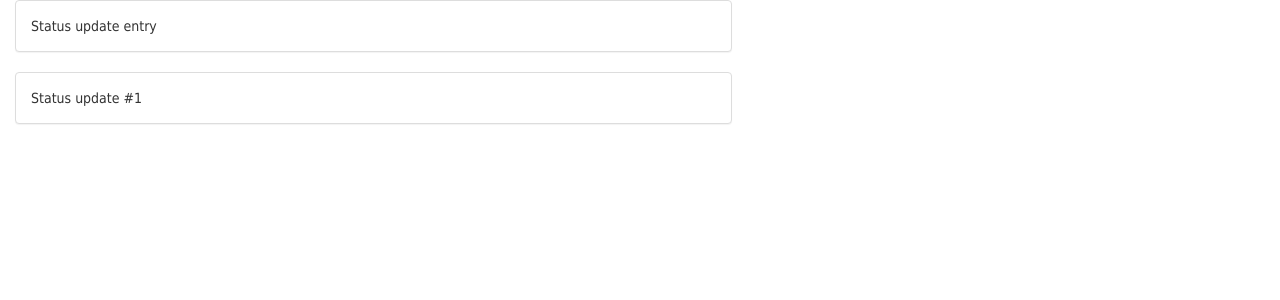
Repository: harshagithub19/news_feed
Page: fbapp3/src/main/webapp/statuscheck.html
An editor plug-in stored every save of this project. The page is shown before and after the next save, followed by the edit.
The browser window is 1280 px wide. The pictures show the whole page.
Some web fonts or font styles are not loaded; a fallback is used. Some web libraries are served in a nearby version.

Above is the page before, as saved 2017-03-02 04:24:09.

### fbapp3/src/main/webapp/statuscheck.html
<!DOCTYPE html>
<html>
<head>
<meta charset="UTF-8">
<meta http-equiv="Content-Type" content="text/html; charset=ISO-8859-1">


<script src="https://ajax.googleapis.com/ajax/libs/jquery/3.1.1/jquery.min.js"></script>
<script src="https://ajax.googleapis.com/ajax/libs/jquery/3.1.1/jquery.ui.min.js"></script>
<script src="https://maxcdn.bootstrapcdn.com/bootstrap/3.3.7/js/bootstrap.min.js"></script>
<script type="text/javascript" src="http://cdn.jsdelivr.net/jquery.cookie/1.3.1/jquery.cookie.js"></script>
<link href="bootstrap/css/bootstrap.css" rel="stylesheet" />
<link href="assets/css/bootstrap-united.css" rel="stylesheet" />



<style type="text/css">
</style>
<title>Insert title here</title>
</head>
<body>


<!-- Main feed: A cell that spans 7 columns -->
<div class="col-md-7">
  <!-- Status update entry -->
  <div class="panel panel-default">
    <div class="panel-body">
      Status update entry
    </div>
  </div>
  <!-- Status update #1 -->
  <div class="panel panel-default">
    <div class="panel-body">
      Status update #1
    </div>
  </div>
</div>





</body>
</html>

Loaded but not shown: fbapp3/src/main/webapp/bootstrap/css/bootstrap.css (library); fbapp3/src/main/webapp/assets/css/bootstrap-united.css (library)

After the next save:
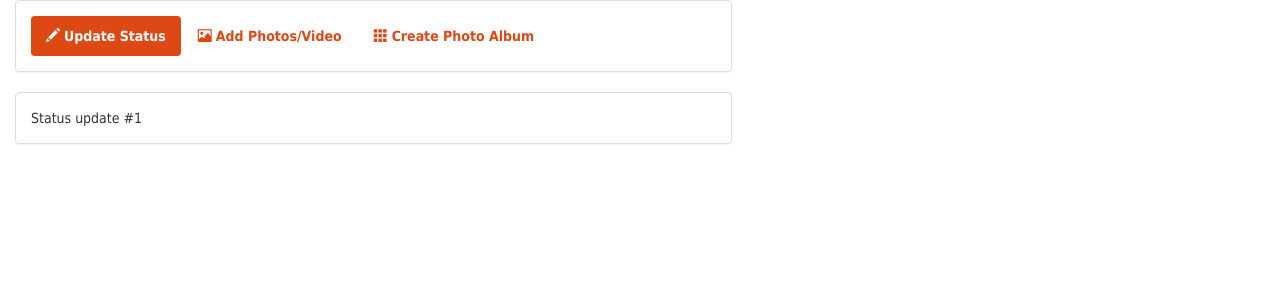
Saved 49 s later.
--- a/fbapp3/src/main/webapp/statuscheck.html
+++ b/fbapp3/src/main/webapp/statuscheck.html
@@ -26,7 +26,22 @@
   <!-- Status update entry -->
   <div class="panel panel-default">
     <div class="panel-body">
-      Status update entry
+
+	    <ul class="nav nav-pills">
+	      <li role="presentation" class="active">
+	        <a href="#"><span class="glyphicon glyphicon-pencil"></span> <strong>Update Status</strong></a>
+	      </li>
+	      <li role="presentation">
+	        <a href="#"><span class="glyphicon glyphicon-picture"></span> <strong>Add Photos/Video</strong></a>
+	      </li>
+	      <li role="presentation">
+	        <a href="#"><span class="glyphicon glyphicon-th"></span> <strong>Create Photo Album</strong></a>
+	      </li>
+	    </ul>
+
+
+
+
     </div>
   </div>
   <!-- Status update #1 -->
